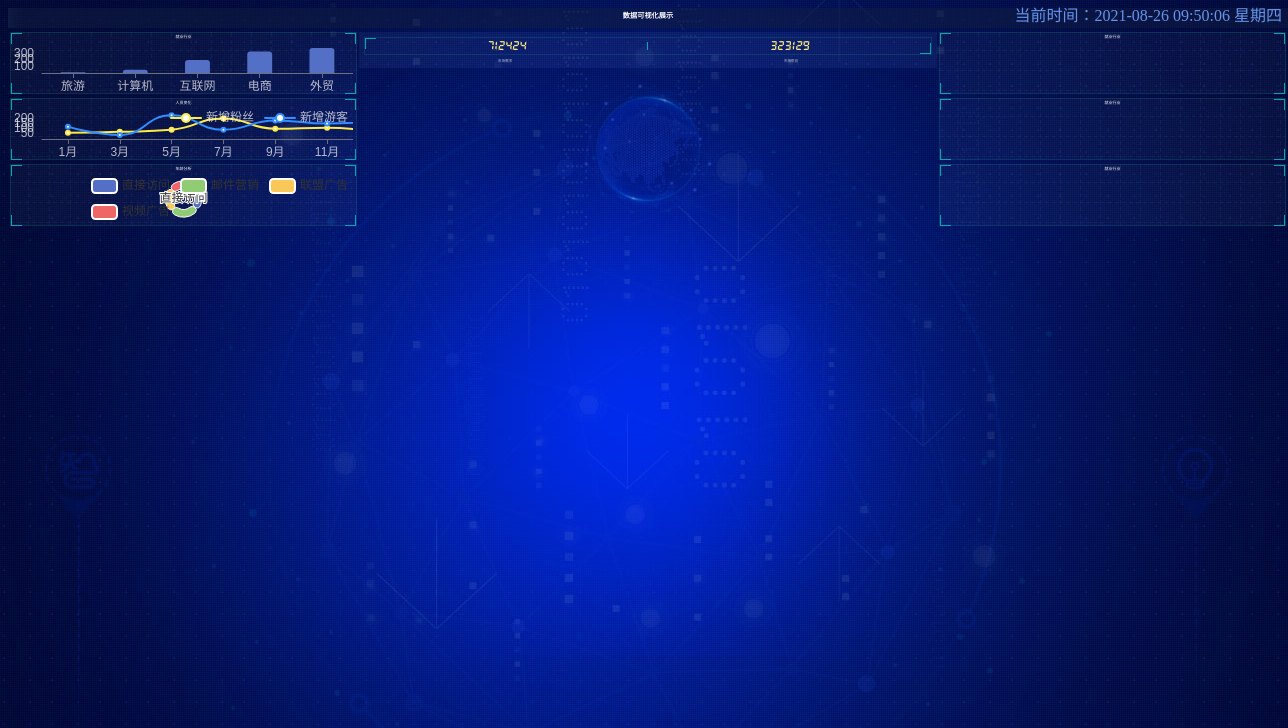
Repository: jiang-1990/DataVM
Page: /
An editor plug-in stored every save of this project. The page is shown before and after the next save, followed by the edit.
The browser window is 1280 px wide. The page is 1288 px wide, so the pictures cover 1288 px, including what lies to the right of the window. The pictures show the whole page.
The project was rebuilt for these pictures with package versions that can differ from the ones it lists, and the page was loaded fresh each time.

Above is the page before, as saved 2021-08-27 15:18:19.

After the next save:
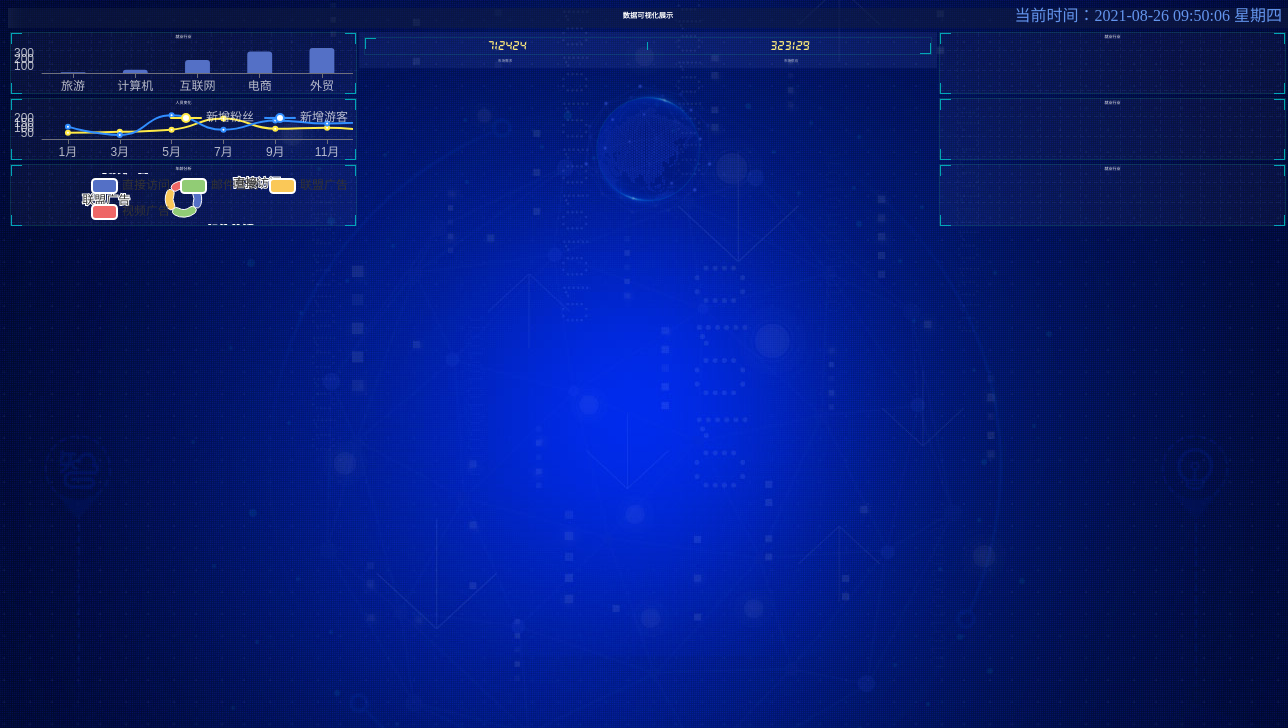
Saved 17 s later.
--- a/src/components/bigScreen.vue
+++ b/src/components/bigScreen.vue
@@ -135,10 +135,7 @@ export default {
               borderColor: "#fff",
               borderWidth: 1,
             },
-            label: {
-              show: true,
-              position: "center",
-            },
+
             emphasis: {
               label: {
                 show: true,
